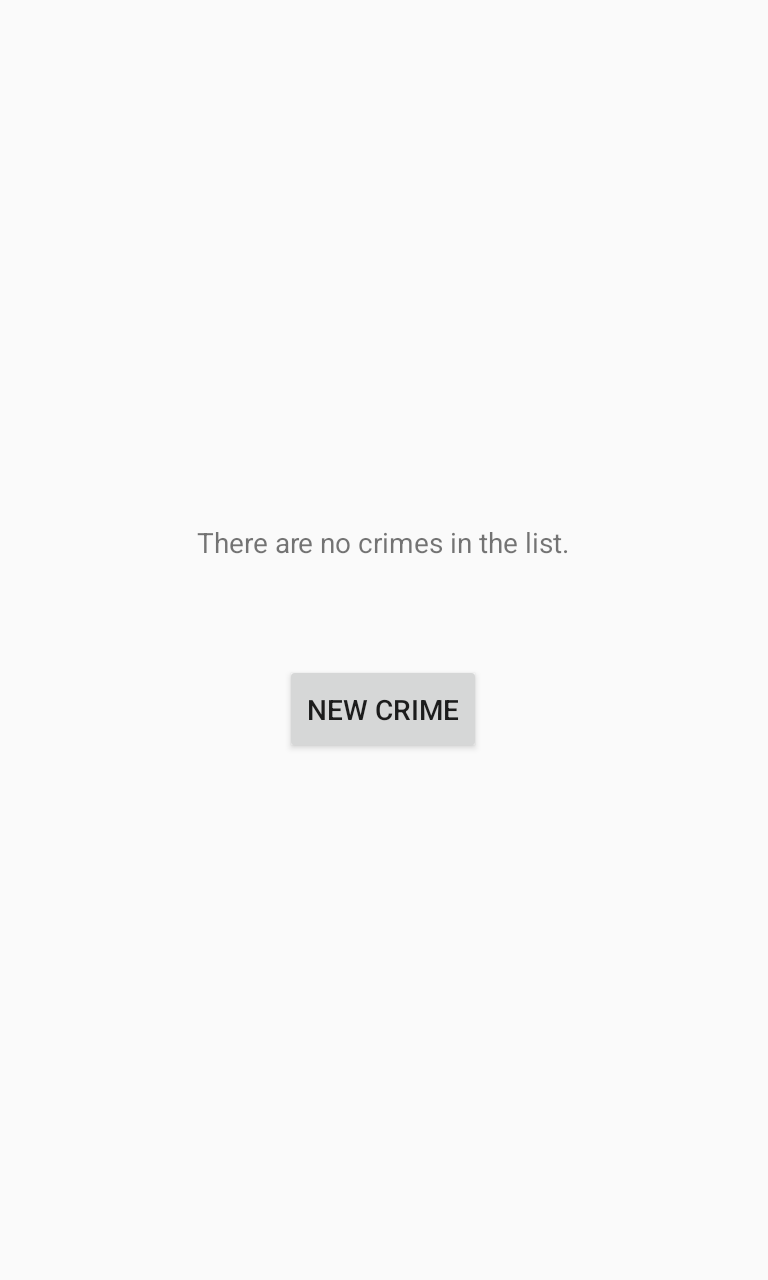
Repository: Jeedan/learning-android-apps
Layout: CriminalIntent/res/layout/fragment_list_empty.xml
The author's editor kept a copy of each file at every save. The layout is drawn from the files as they stood at one save, then again after a run of saves.
It is drawn on a 768 x 1280 px phone screen (xhdpi) without system bars, with theme AppTheme; the app's code is not run. Lists and similar views that code fills are empty.

Above is the layout before, as saved 2014-10-23 10:14:12.

After the next 2 saves:
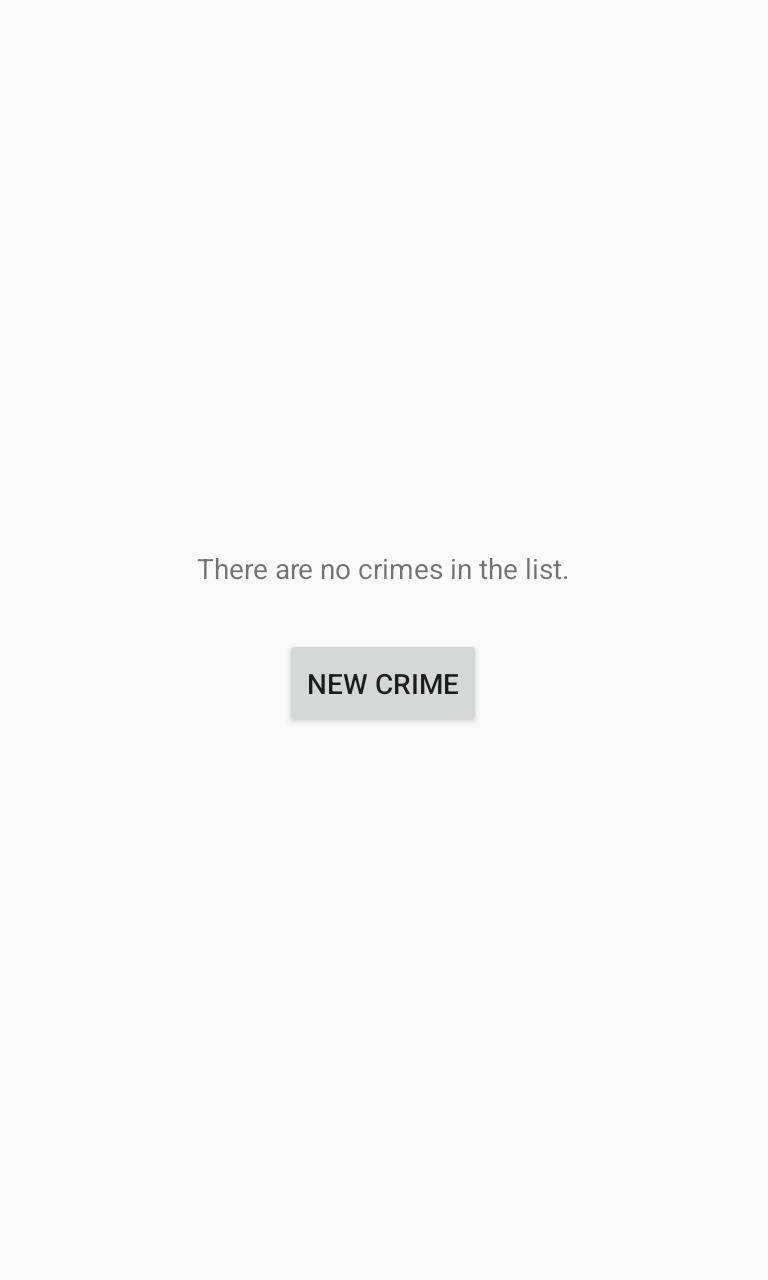
The 2 saves are shown as one change because they came seconds apart.
The last was saved 15 s later.
--- a/CriminalIntent/res/layout/fragment_list_empty.xml
+++ b/CriminalIntent/res/layout/fragment_list_empty.xml
@@ -27,6 +27,6 @@
         android:layout_height="wrap_content"
         android:text="@string/new_crime"
         android:layout_gravity="center"
-        android:layout_marginTop="50dp"/>
+        android:layout_marginTop="24dp"/>
    </LinearLayout>
 </FrameLayout>
